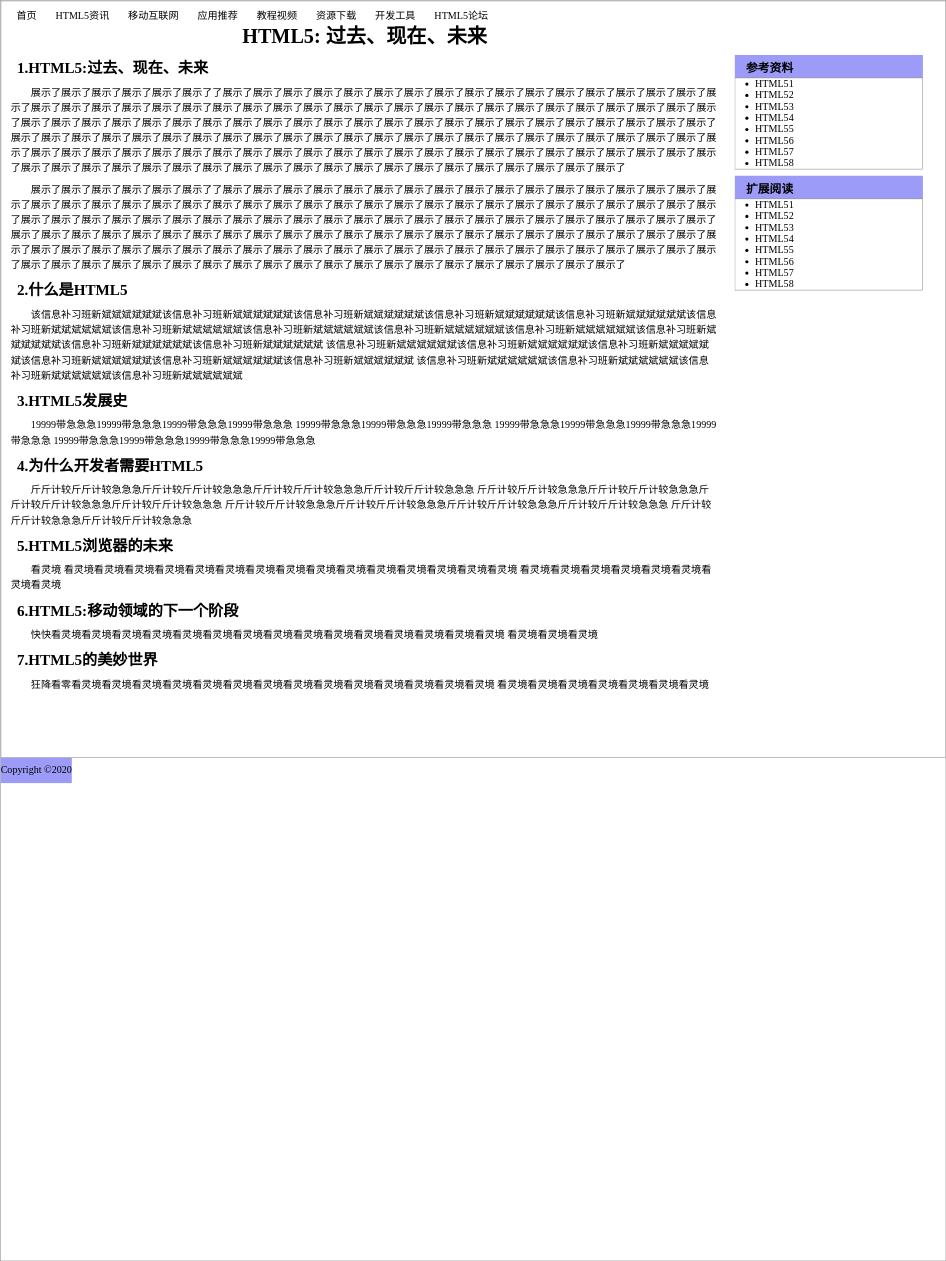
Repository: LstHeart/html-learning
Page: css/案例作业2.html
The author's editor kept a copy of each file at every save. The page is drawn from the files as they stood at one save, then again after the next save.
The browser window is 1280 px wide. The page is 1502 px wide, then 1302 px, so the pictures cover 1502 px, including what lies to the right of the window. The pictures show the whole page, at 63% of full size.

Above is the page before, as saved 2021-01-05 23:46:55.

After the next save:
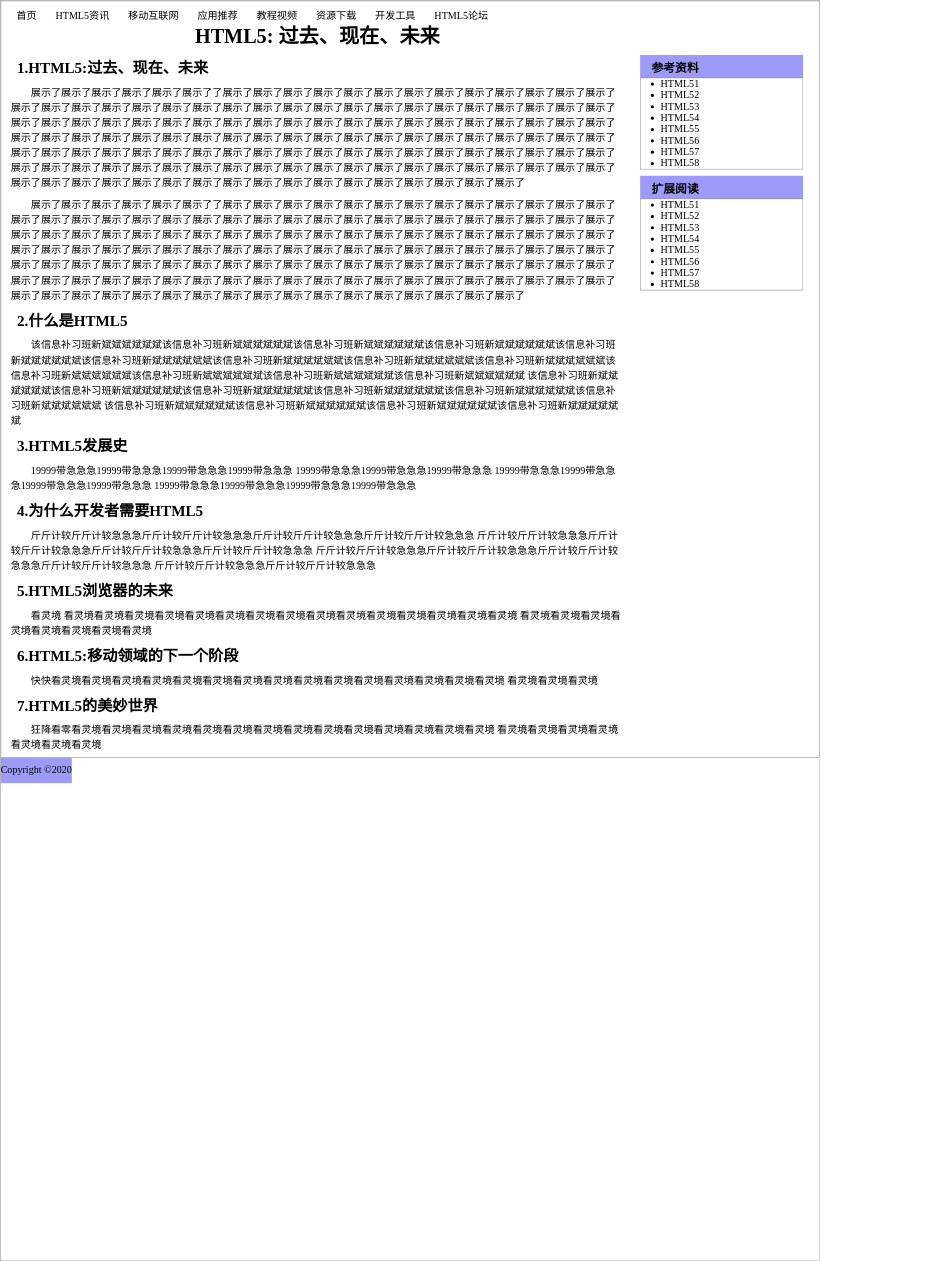
Saved 8 s later.
--- a/css/html5.css
+++ b/css/html5.css
@@ -10,7 +10,7 @@ a{
 }
 .portainer{
     height: 2000px;
-    width: 1500px;
+    width: 1300px;
     border: 1px solid rgb(151, 151, 151);
     overflow: hidden;
     background-color: #fff;
